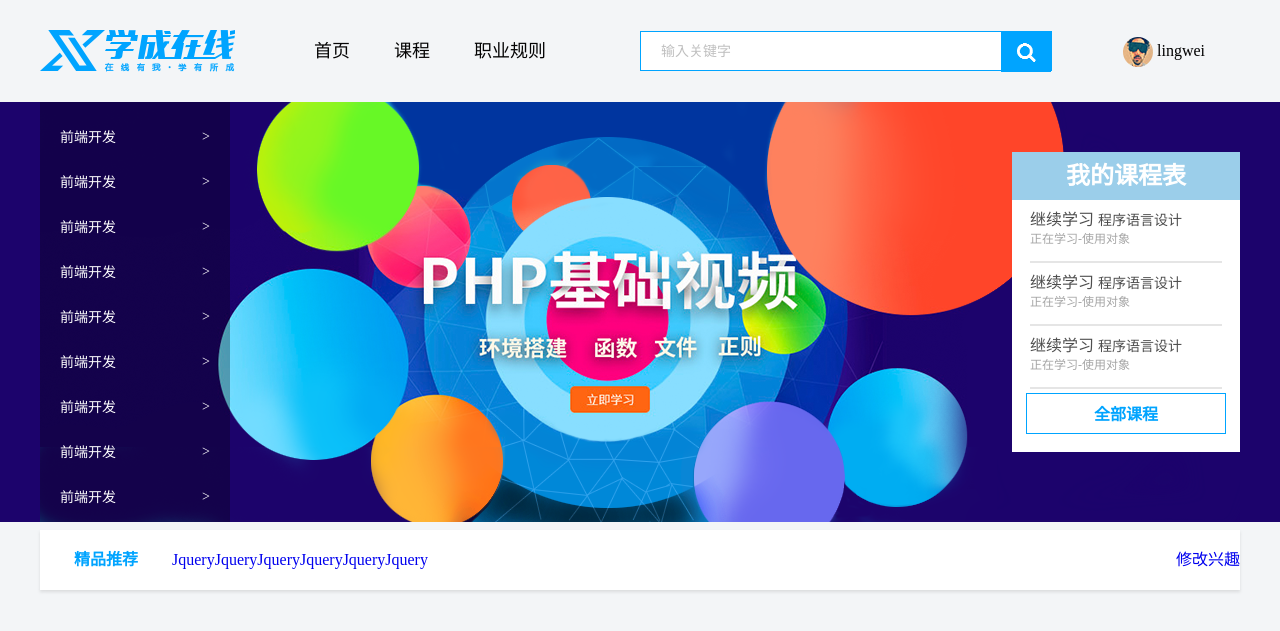
Repository: DengBiHua/xcdx
Page: index.html
An editor plug-in stored every save of this project. The page is shown before and after the next save, followed by the edit.
The browser window is 1280 px wide. The pictures show the whole page.

Above is the page before, as saved 2022-04-15 09:22:27.

After the next save:
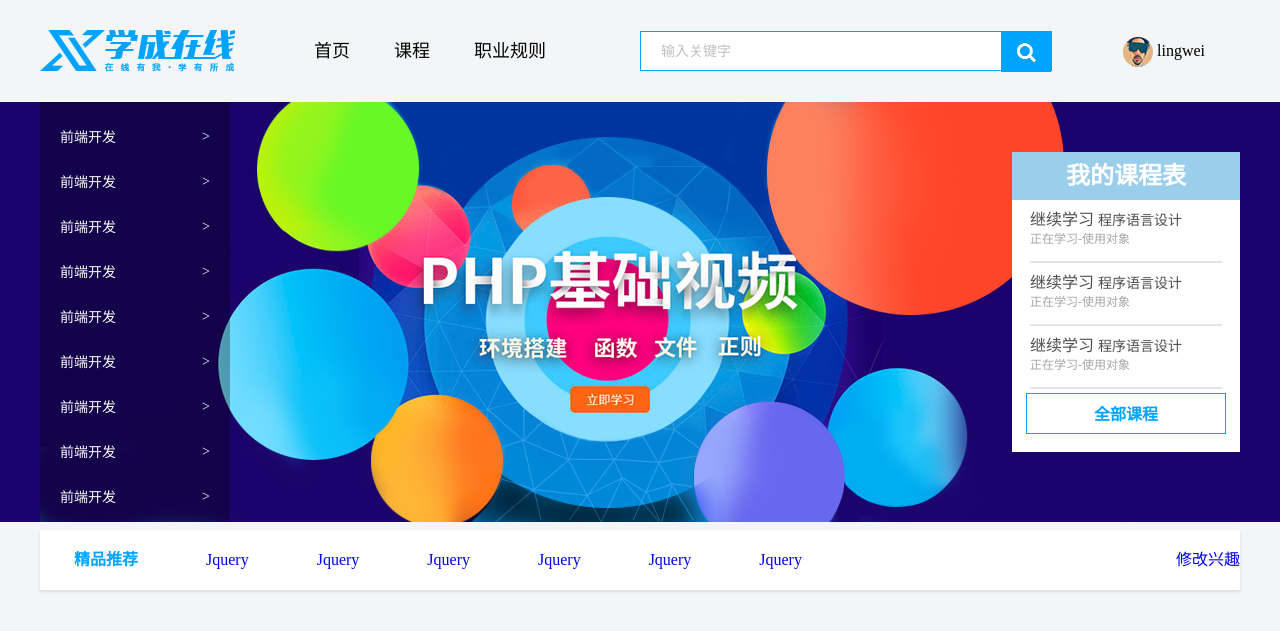
Saved 43 s later.
--- a/css/index.css
+++ b/css/index.css
@@ -238,7 +238,7 @@
 }
 
 .recommend ul li a {
-    padding: 0 34;
+    padding: 0 34px;
 }
 
 .recommend .interest {
